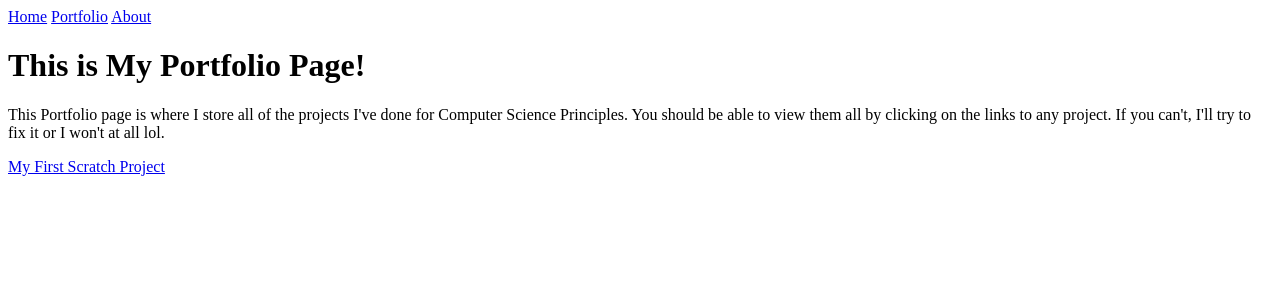
Repository: Fry-Rice/Fry-Rice.github.io
Page: my_website/portfolio.html
The author's editor kept a record of every edit. The page is drawn from the files as they stood at one moment, then again after the next edit.
The browser window is 1280 px wide. The pictures show the whole page.

Above is the page before.

After the next edit:
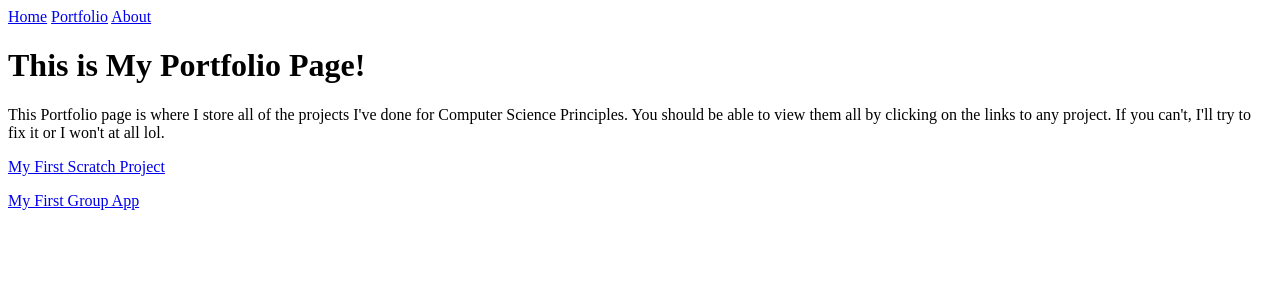
The edit:
--- a/my_website/portfolio.html
+++ b/my_website/portfolio.html
@@ -11,5 +11,6 @@
     <h1>This is My Portfolio Page!</h1>
     <p>This Portfolio page is where I store all of the projects I've done for Computer Science Principles. You should be able to view them all by clicking on the links to any project. If you can't, I'll try to fix it or I won't at all lol.</p>
       <p><a href="https://scratch.mit.edu/projects/326764305">My First Scratch Project</a></p>
+      <p><a href="https://appinventor.mit.edu/?galleryId=6232145279975424">My First Group App</a></p>
 	</body>
 	</html>
